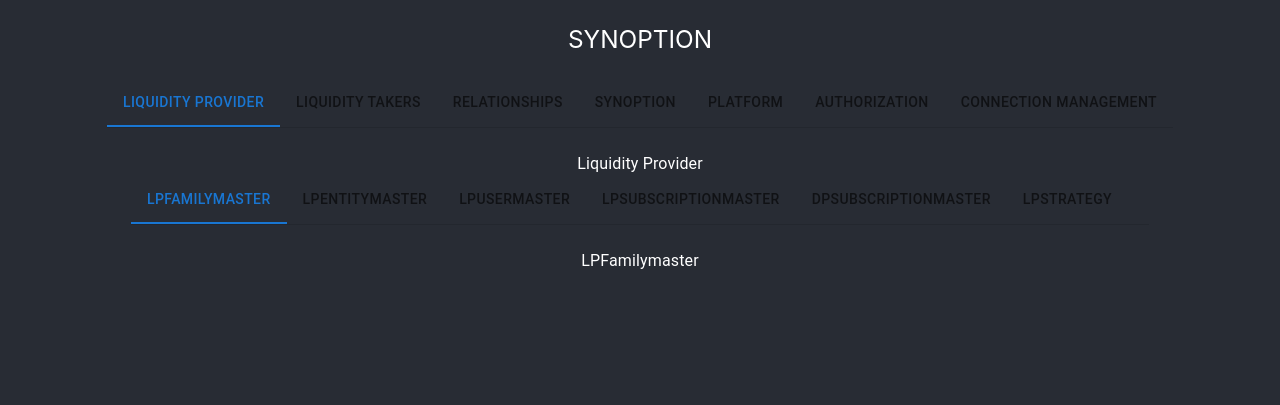
Repository: Kanika-tech/project-demo
Page: /
An editor plug-in stored every save of this project. The page is shown before and after the next save, followed by the edit.
The browser window is 1280 px wide. The pictures show the whole page.
The project was rebuilt for these pictures with package versions that can differ from the ones it lists, and the page was loaded fresh each time.

Above is the page before, as saved 2021-12-11 21:57:52.

After the next save:
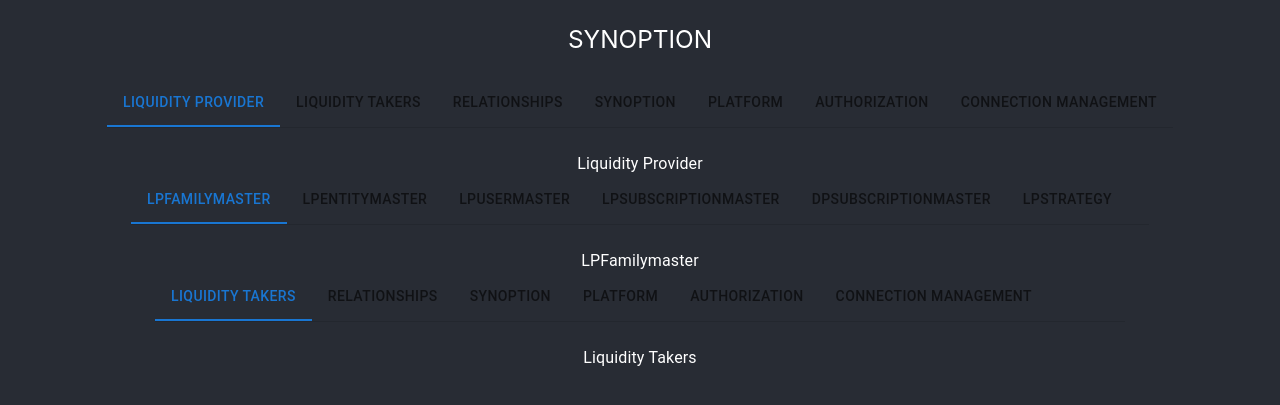
Saved 65 s later.
--- a/src/MockData/dashboard-data.js
+++ b/src/MockData/dashboard-data.js
@@ -5,7 +5,28 @@
             tabGroup: true,
             TOP_LEVEL: [
                 {
-                    title: 'LPFamilymaster'
+                    title: 'LPFamilymaster',
+                    tabGroup: true,
+                    TOP_LEVEL: [
+                        {
+                            title: 'Liquidity Takers'
+                        },
+                       {
+                            title: 'Relationships'
+                        },
+                       {
+                            title: 'Synoption'
+                        },
+                        {
+                            title: 'Platform'
+                        },
+                       {
+                            title: 'Authorization'
+                        },
+                        {
+                            title: 'Connection Management'
+                        }
+                    ]
                 },
                {
                     title: 'LPEntityMaster'
